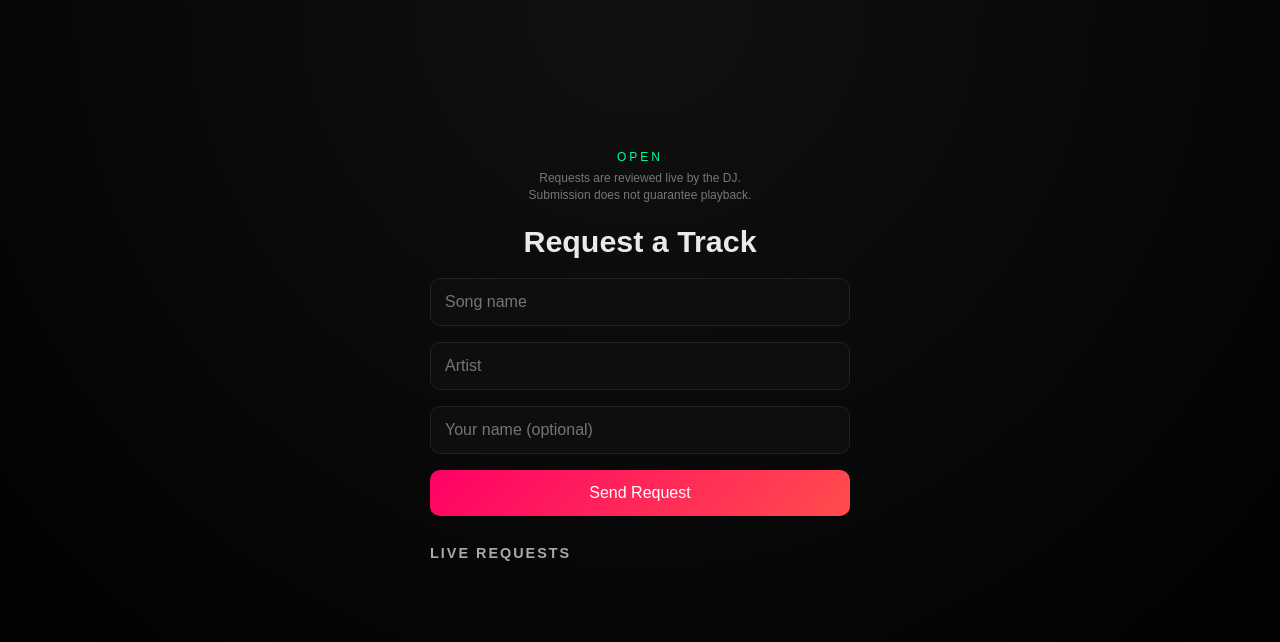
Repository: AryanHeravi/DJ-Request
Page: song_request.html
The author's editor kept a copy of each file at every save. The page is drawn from the files as they stood at one save, then again after the next save.
The browser window is 1280 px wide. The pictures show the whole page.

Above is the page before, as saved 2026-02-03 06:36:53.
Console error: ReferenceError: emailjs is not defined

After the next save:
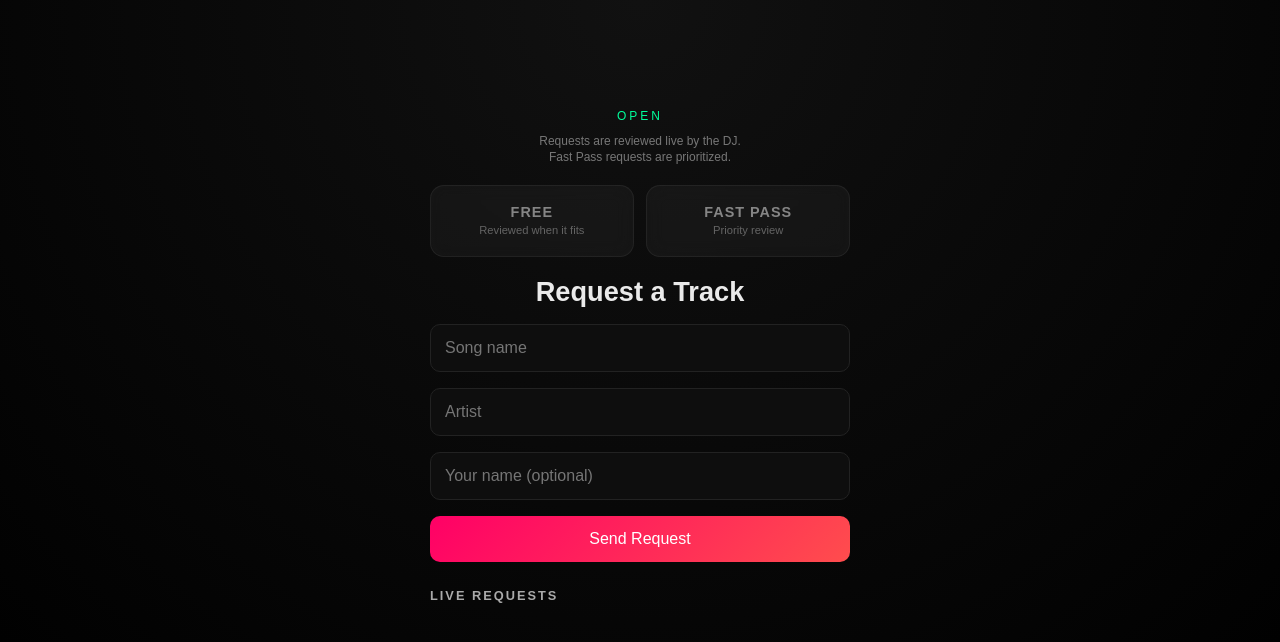
Saved 3 min 34 s later.
--- a/song_request.html
+++ b/song_request.html
@@ -28,7 +28,7 @@ body {
 .status {
   font-size: 0.75rem;
   letter-spacing: 3px;
-  margin-bottom: 0.4rem;
+  margin-bottom: 0.6rem;
   color: #00ff9c;
 }
 
@@ -40,9 +40,51 @@ body {
 }
 
 h1 {
-  font-size: 1.9rem;
+  font-size: 1.7rem;
+  margin-bottom: 1rem;
+}
+
+/* =========================
+   FAST PASS BUTTONS
+   ========================= */
+.tier-select {
+  display: flex;
+  gap: 0.8rem;
   margin-bottom: 1.2rem;
 }
+
+.tier-btn {
+  flex: 1;
+  padding: 18px 10px;
+  border-radius: 14px;
+  border: 1px solid rgba(255,255,255,0.12);
+  background: rgba(255,255,255,0.08);
+  backdrop-filter: blur(8px);
+  -webkit-backdrop-filter: blur(8px);
+  color: #fff;
+  cursor: pointer;
+  opacity: 0.5;
+  transition: all 0.25s ease;
+}
+
+.tier-btn strong {
+  display: block;
+  font-size: 0.9rem;
+  letter-spacing: 1px;
+}
+
+.tier-btn span {
+  font-size: 0.7rem;
+  color: #bbb;
+}
+
+.tier-btn.active {
+  opacity: 1;
+  border-color: #ff4d4d;
+  box-shadow: 0 0 0 1px rgba(255,77,77,0.4);
+}
+
+/* ========================= */
 
 input,
 button {
@@ -92,15 +134,15 @@ button {
    LIVE REQUESTS BOARD
    ========================= */
 .board {
-  margin-top: 1.8rem;
+  margin-top: 1.6rem;
   text-align: left;
 }
 
 .board h2 {
-  font-size: 0.9rem;
+  font-size: 0.8rem;
   letter-spacing: 2px;
   color: #aaa;
-  margin-bottom: 0.6rem;
+  margin-bottom: 0.5rem;
 }
 
 .request {
@@ -114,9 +156,9 @@ button {
 
 .request span {
   display: block;
+  font-size: 0.65rem;
+  margin-top: 3px;
   color: #aaa;
-  font-size: 0.7rem;
-  margin-top: 2px;
 }
 </style>
 </head>
@@ -129,7 +171,21 @@ button {
 
   <div class="note">
     Requests are reviewed live by the DJ.<br>
-    Submission does not guarantee playback.
+    Fast Pass requests are prioritized.
+  </div>
+
+  <!-- =========================
+       FAST PASS SELECTOR
+       ========================= -->
+  <div class="tier-select">
+    <div class="tier-btn" data-tier="free">
+      <strong>FREE</strong>
+      <span>Reviewed when it fits</span>
+    </div>
+    <div class="tier-btn" data-tier="fastpass">
+      <strong>FAST PASS</strong>
+      <span>Priority review</span>
+    </div>
   </div>
 
   <form id="songForm">
@@ -138,6 +194,7 @@ button {
     <input name="song" placeholder="Song name" required />
     <input name="artist" placeholder="Artist" required />
     <input name="name" placeholder="Your name (optional)" />
+    <input type="hidden" name="tier" id="tierInput" />
 
     <button class="submit-btn" type="submit">
       Send Request
@@ -148,14 +205,9 @@ button {
     <h1>Request Sent</h1>
 
     <div class="tip-note">
-      Thanks for submitting a song request.<br>
-      If it fits the vibe, it’ll be played shortly.<br><br>
-      💸 Tip jar is beside the DJ booth — always appreciated.
+      Thanks for your request.<br>
+      If it fits the vibe, it’ll be played shortly.
     </div>
-
-    <a href="https://reviewthis.biz/gr989" target="_blank">
-      <button class="review-btn">Leave a Google Review</button>
-    </a>
 
     <a href="https://paypal.me/aryaux" target="_blank">
       <button class="paypal-btn">Tip via PayPal</button>
@@ -173,33 +225,40 @@ button {
 </div>
 
 <script>
-/* =========================
-   EMAILJS INIT
-   ========================= */
 emailjs.init('zZ9hyStHZbajM0m2U');
 
 const form = document.getElementById('songForm');
 const thankYou = document.getElementById('thankYou');
 const requestsEl = document.getElementById('requests');
-
-/* =========================
-   LOCAL REQUEST STORE
-   (TEMP — backend later)
-   ========================= */
+const tierButtons = document.querySelectorAll('.tier-btn');
+const tierInput = document.getElementById('tierInput');
+
+let selectedTier = null;
 const requests = [];
+
+/* =========================
+   TIER SELECTION
+   ========================= */
+tierButtons.forEach(btn => {
+  btn.addEventListener('click', () => {
+    tierButtons.forEach(b => b.classList.remove('active'));
+    btn.classList.add('active');
+    selectedTier = btn.dataset.tier;
+    tierInput.value = selectedTier;
+  });
+});
 
 /* =========================
    RENDER REQUESTS
    ========================= */
 function renderRequests() {
   requestsEl.innerHTML = "";
-
-  requests.slice().reverse().forEach(req => {
+  requests.slice().reverse().forEach(r => {
     const div = document.createElement("div");
     div.className = "request";
     div.innerHTML = `
-      <strong>${req.song}</strong> — ${req.artist}
-      <span>${req.time}</span>
+      <strong>${r.song}</strong> — ${r.artist}
+      <span>${r.tier === "fastpass" ? "FAST PASS • just now" : "FREE • just now"}</span>
     `;
     requestsEl.appendChild(div);
   });
@@ -211,21 +270,22 @@ function renderRequests() {
 form.addEventListener('submit', e => {
   e.preventDefault();
 
+  if (!selectedTier) {
+    alert("Please choose Free or Fast Pass");
+    return;
+  }
+
   const song = form.song.value.trim();
   const artist = form.artist.value.trim();
 
-  if (!song || !artist) return;
-
-  // Add to live board immediately
   requests.push({
     song,
     artist,
-    time: "just now"
+    tier: selectedTier
   });
 
   renderRequests();
 
-  // Send email
   emailjs.sendForm(
     'service_cxyssu6',
     'template_p4a4m3t',
